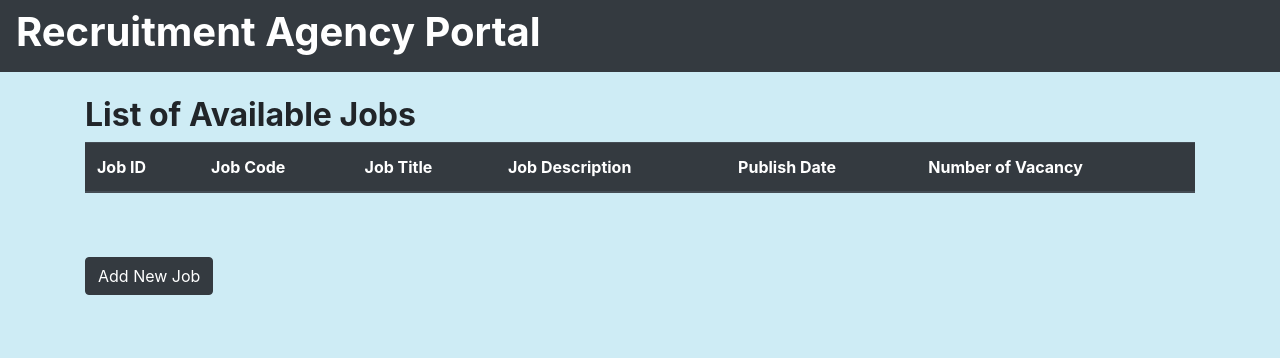
Repository: ism-shahriar/RecruitmentAgencyPortal
Page: http://localhost/index
The author's editor kept a copy of each file at every save. The page is drawn from the files as they stood at one save, then again after the next save.
The browser window is 1280 px wide. The pictures show the whole page.
The page is this project's Thymeleaf template; nobody is signed in. The template is opened directly, without the code that normally fills it, so the values that code supplies are empty.

Above is the page before, as saved 2020-04-17 07:37:21.

### SpringBootJobWeb/src/main/resources/templates/index.html
<!DOCTYPE html>
<html xmlns:th="http://www.thymeleaf.org">
<head>
<meta charset="ISO-8859-1">
<title>Job Home</title>
</head>
<link rel="stylesheet"
	href="https://maxcdn.bootstrapcdn.com/bootstrap/4.4.1/css/bootstrap.min.css">

<body style="background-color: #CEECF5">
<nav class="navbar navbar-expand-sm bg-dark navbar-dark">
	<h1 style="font-weight: bold; color: white">Recruitment Agency Portal</h1>
</nav>
<div class="container" style="background-color: #CEECF5">
<br><h2 style="font-weight: bold">List of Available Jobs</h2>
	<table class="table table-dark table-striped">
		<thead>
			<tr>
				<th>Job ID</th>
				<th>Job Code</th>
				<th>Job Title</th>
				<th>Job Description</th>
				<th>Publish Date</th>
				<th>Number of Vacancy</th>

			</tr>
		</thead>
		<tbody>
			<tr th:each="job:${jobs}">
				<td th:text="${job.jobId}">Job ID</td>
				<td th:text="${job.jobCode}">Job Code</td>
				<td th:text="${job.jobName}">Job Title</td>
				<td th:text="${job.jobDesc}">Job Description</td>
				<td th:text="${job.pubDate}">Publish Date</td>
				<td th:text="${job.numVacancy}">Number of Vacancy</td>
				<td><a th:href="@{/edit/{id}(id=${job.jobId})}">Edit</a></td>
				<td><a th:href="@{/delete/{id}(id=${job.jobId})}">Delete</a></td>
			</tr>
		</tbody>
	</table>
<br><br>
		<a class="btn btn-dark" href="/job">Add New Job</a>
</div>

</body>
</html>

After the next save:
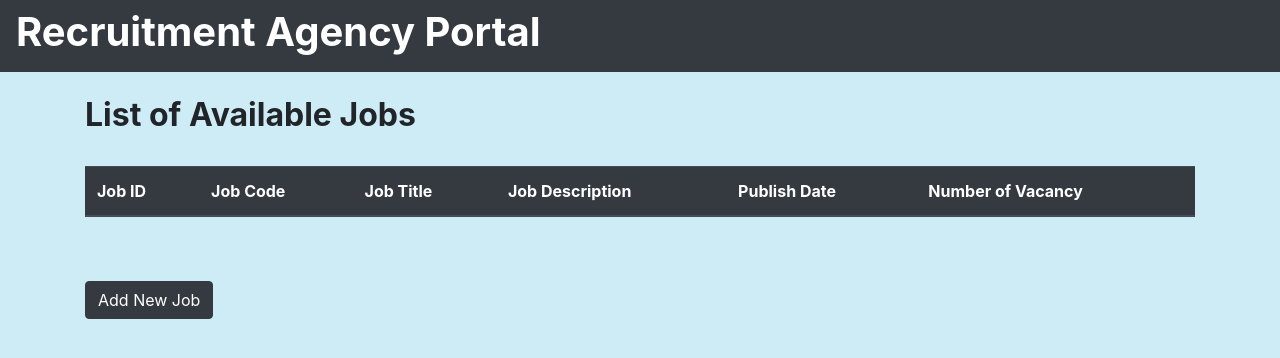
Saved 5 s later.
--- a/SpringBootJobWeb/src/main/resources/templates/index.html
+++ b/SpringBootJobWeb/src/main/resources/templates/index.html
@@ -12,7 +12,7 @@
 	<h1 style="font-weight: bold; color: white">Recruitment Agency Portal</h1>
 </nav>
 <div class="container" style="background-color: #CEECF5">
-<br><h2 style="font-weight: bold">List of Available Jobs</h2>
+<br><h2 style="font-weight: bold">List of Available Jobs</h2><br>
 	<table class="table table-dark table-striped">
 		<thead>
 			<tr>
